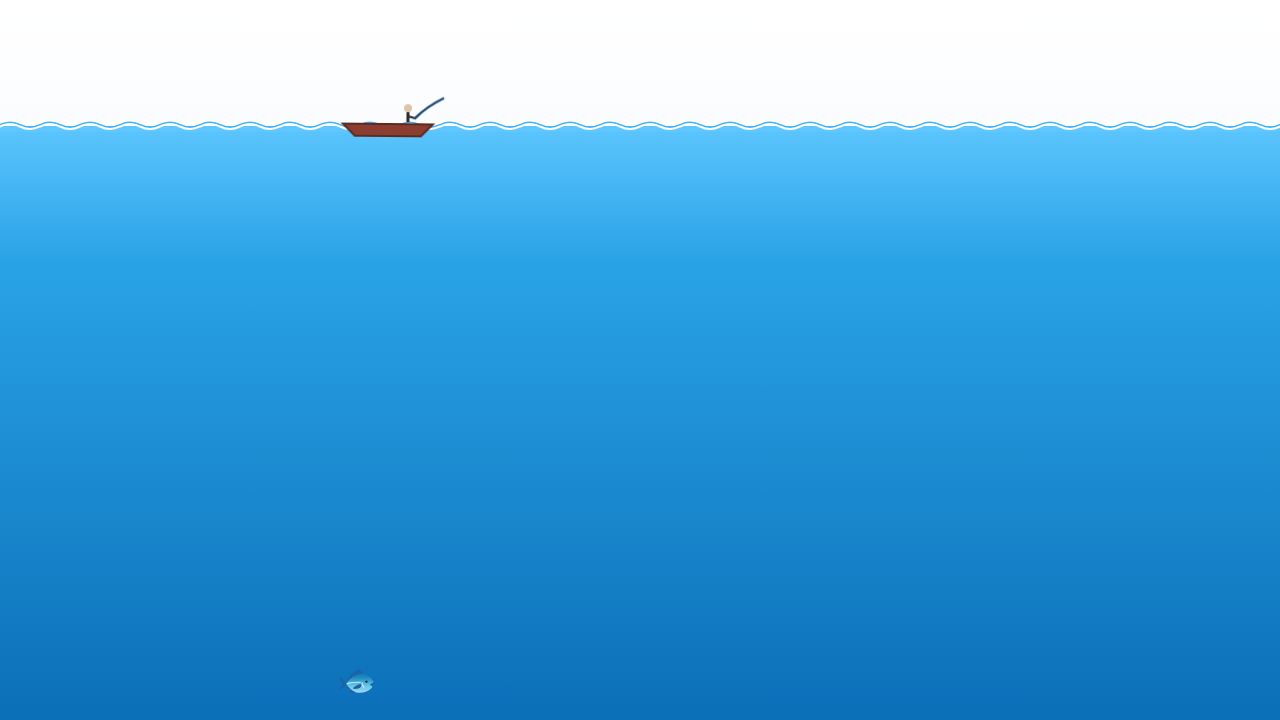
Repository: DeepFriedTurkey441/fd_game_project
Page: index.html
The author's editor kept a copy of each file at every save. The page is drawn from the files as they stood at one save, then again after the next save.
The browser window is 1280 px wide. The pictures show the whole page.

Above is the page before, as saved 2025-09-22 14:08:41.

After the next save:
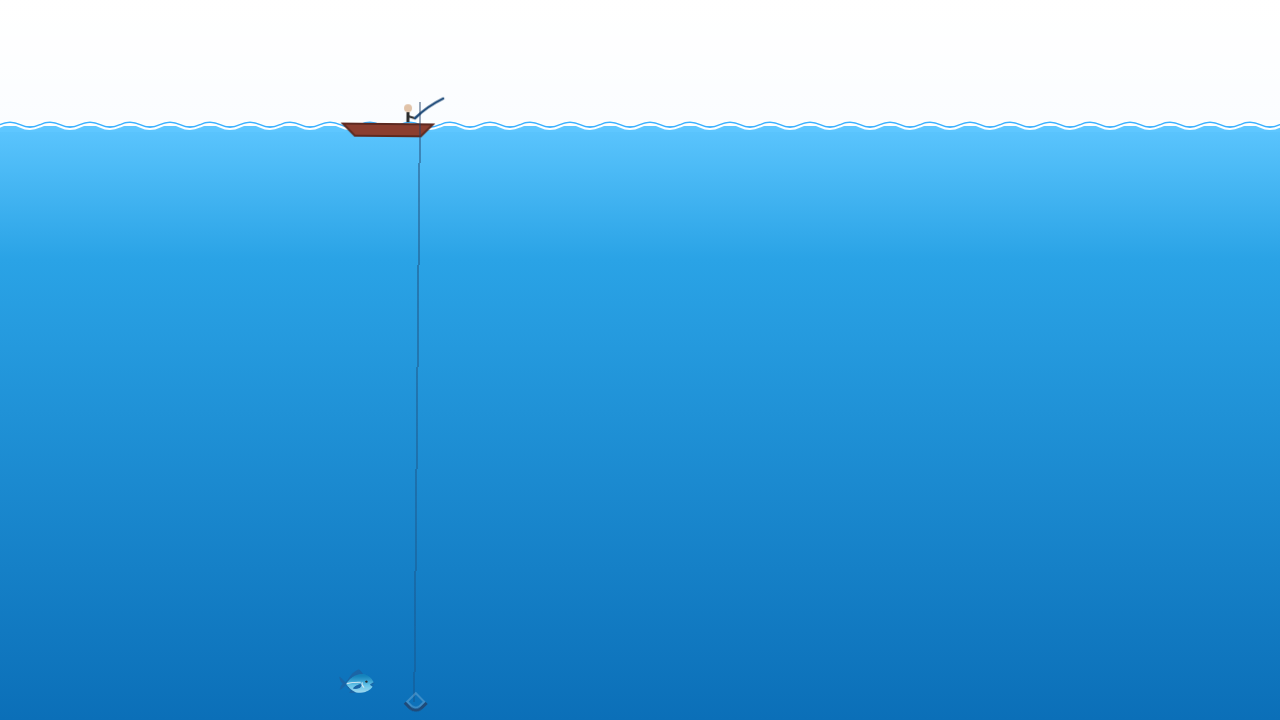
Saved 17 s later.
--- a/style.css
+++ b/style.css
@@ -52,6 +52,27 @@ body {
     pointer-events: none;
   }
   .boat svg { width: 100%; height: 100%; display: block; }
+  .boat .line {
+    position: absolute;
+    left: 86px; /* align near rod tip */
+    top: 18px;
+    width: 2px;
+    height: calc(100vh - (100vh / 6)); /* down to bottom */
+    background: linear-gradient(to bottom, rgba(30,60,100,0.45), rgba(30,60,100,0.25));
+    transform-origin: top;
+    z-index: 2; /* between ripple and fish */
+  }
+  .boat .hook {
+    position: absolute;
+    left: -6px;
+    bottom: -10px;
+    width: 14px; height: 14px;
+    border-bottom: 3px solid #1f4b7a;
+    border-right: 3px solid #1f4b7a;
+    border-radius: 0 0 10px 0;
+    transform: rotate(45deg);
+    box-shadow: 0 0 0 2px rgba(255,255,255,0.2) inset;
+  }
 
 @keyframes bob {
   0%   { transform: translateY(0) rotate(-0.6deg); }
